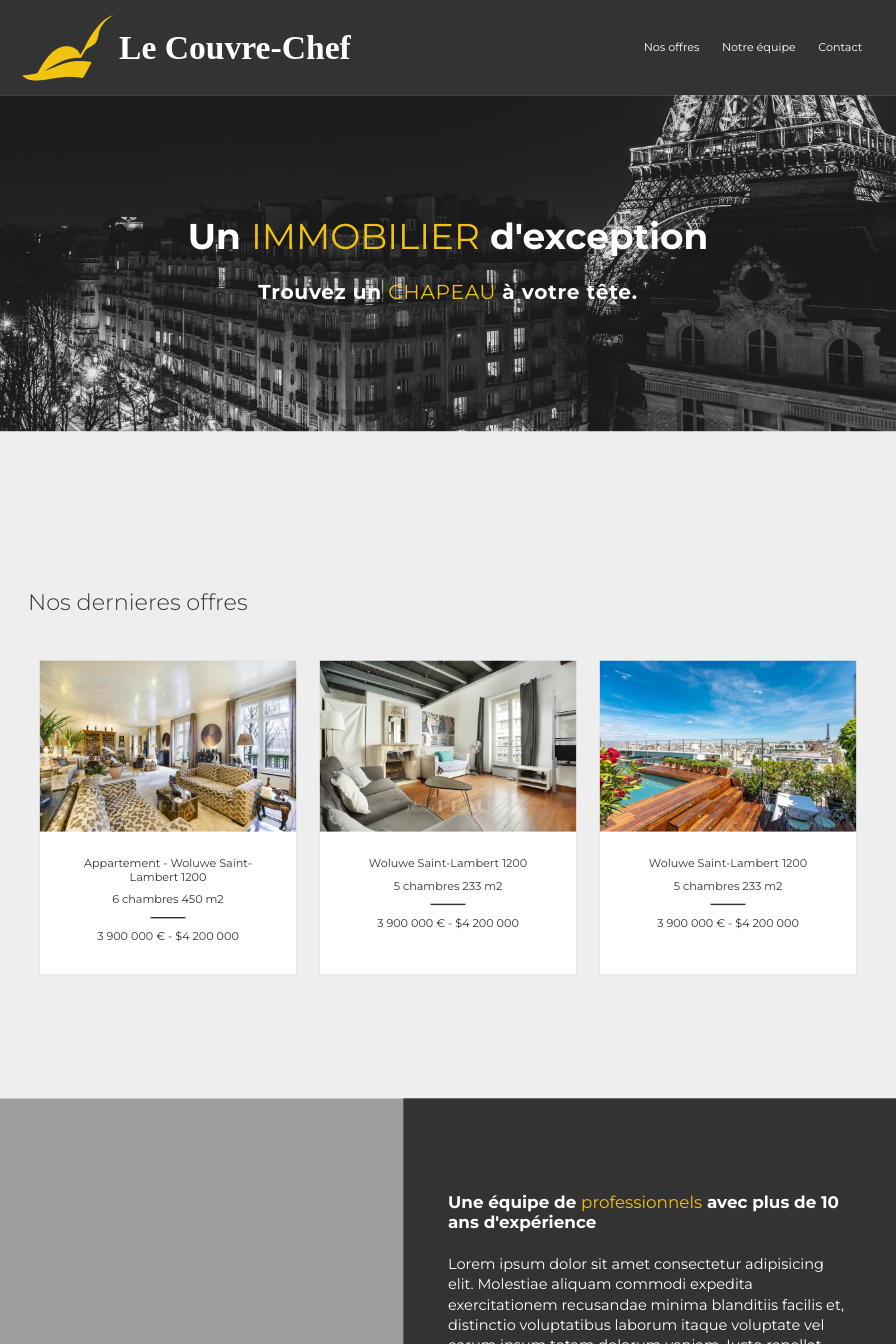
Repository: Hiliyeh/immo
Page: index.html
The author's editor kept a copy of each file at every save. The page is drawn from the files as they stood at one save, then again after the next save.
The browser window is 1280 px wide. The pictures show the part of the page from y = 0 to 1920 px (the page is 4139 px tall), at 70% of full size.
Pictures or frames that could not be fetched are drawn as grey boxes. Some web fonts or font styles are not loaded; a fallback is used. Some web libraries are served in a nearby version.

Above is the page before, as saved 2020-05-06 15:32:06.

After the next save:
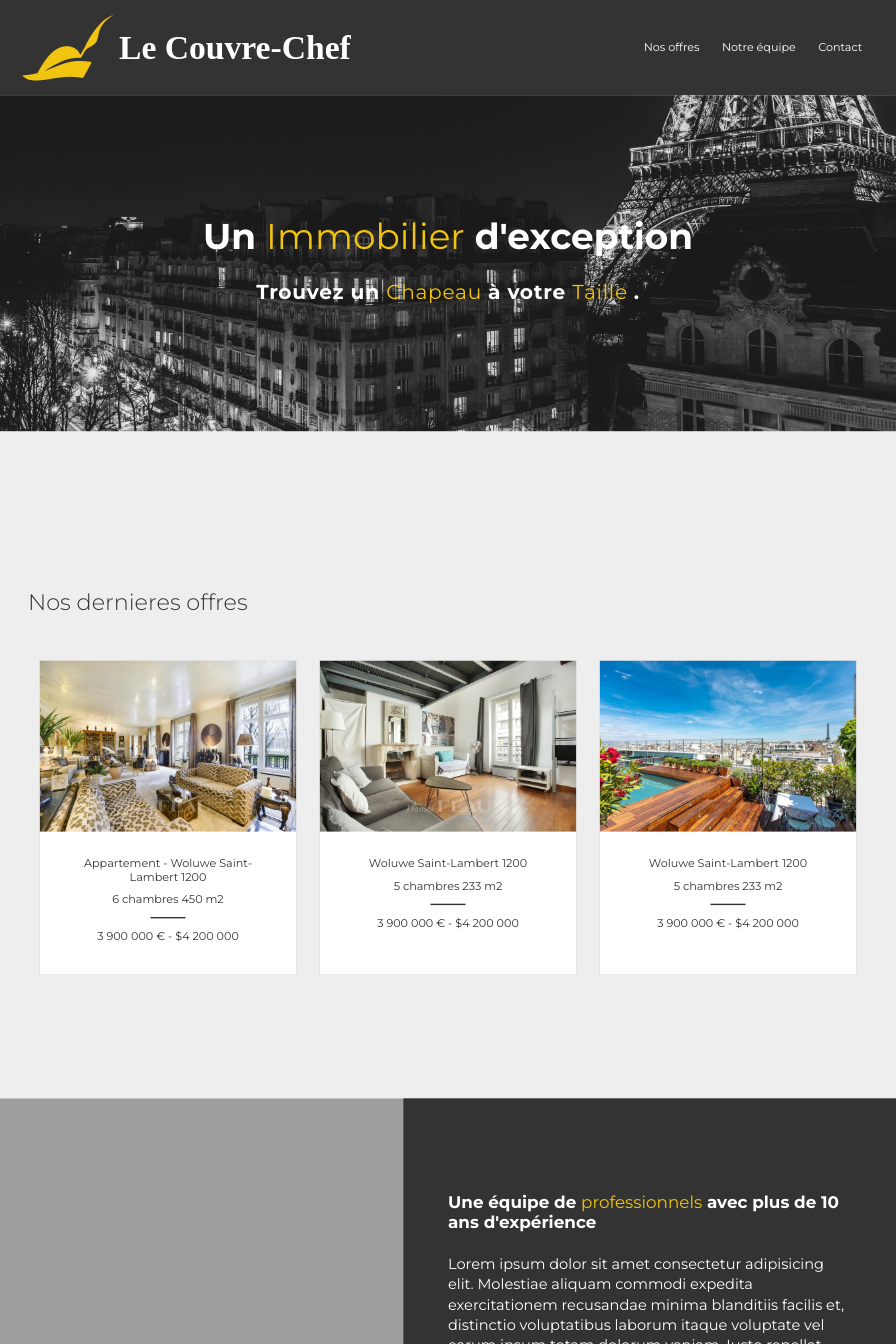
Saved 95 s later.
--- a/index.html
+++ b/index.html
@@ -35,8 +35,11 @@
       </header>
       <section class="vp">
         <div class="vp-content">
-          <h1>Un <strong>IMMOBILIER</strong> d'exception</h1>
-          <p>Trouvez un <strong> CHAPEAU </strong> à votre tête.</p>
+          <h1>Un <strong>Immobilier</strong> d'exception</h1>
+          <p>
+            Trouvez un <strong> Chapeau </strong> à votre
+            <strong>Taille </strong>.
+          </p>
         </div>
       </section>
       <!-- ... -->
